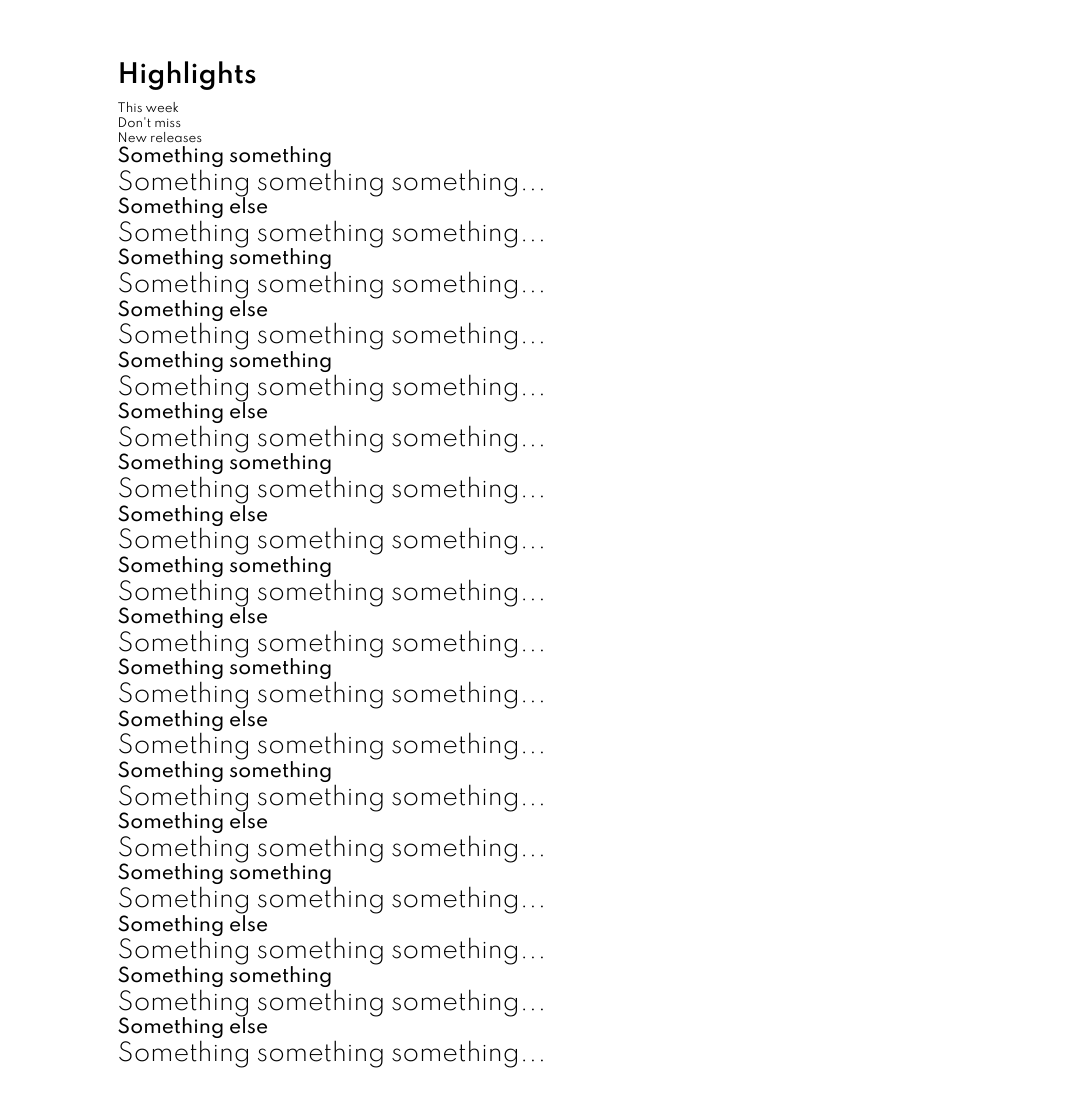
Repository: vvogt/fameworks_vv
Page: /
The author's editor kept a copy of each file at every save. The page is drawn from the files as they stood at one save, then again after the next save.
The browser window is 1280 px wide. The pictures show the part of the page from y = 607 to 1939 px (the page is 1939 px tall before and 1903 px after), at 84% of full size.
Pictures or frames that could not be fetched are drawn as grey boxes. The project was rebuilt for these pictures with package versions that can differ from the ones it lists, and the page was loaded fresh each time. Also part of the build but not shown: src/components/NotFound.js. Imported but missing from the stored project, and not drawn on this page: src/assets/videos/seald_fullhd.mp4.

Above is the page before, as saved 2020-03-28 17:31:44.

After the next save:
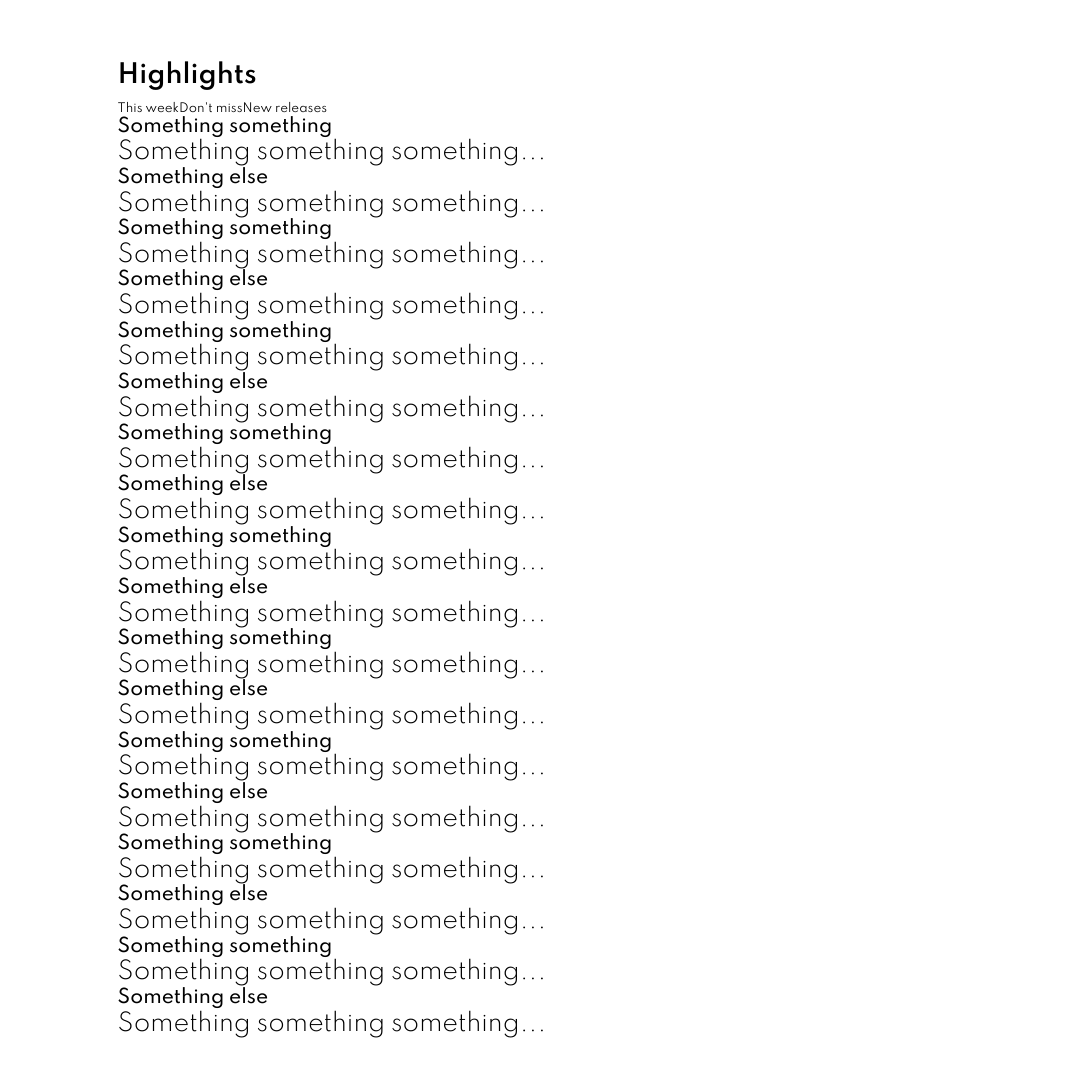
Saved 67 s later.
--- a/src/scss/_components.section.scss
+++ b/src/scss/_components.section.scss
@@ -5,9 +5,12 @@
 
    .categoryTabs {
       width: 100%;
-      display: flex;
-      flex-direction: row;
-      -ms-flex-align: left;
+
+      ul {
+         display: flex;
+         flex-direction: row;
+         -ms-flex-align: left;
+      }
    }
 
    h2 {
